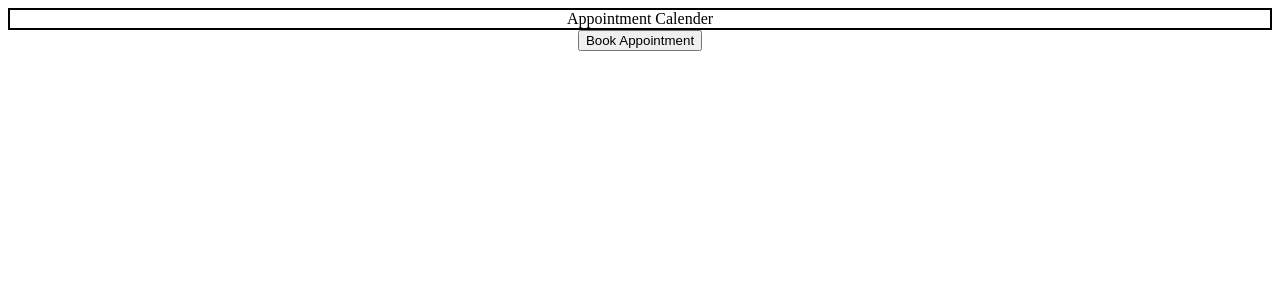
Repository: KennethEskandari/Appointment-Calender-
Page: / (app in Appointment-Calender/)
The author's editor kept a copy of each file at every save. The page is drawn from the files as they stood at one save, then again after the next save.
The browser window is 1280 px wide. The pictures show the whole page.
The project was rebuilt for these pictures with package versions that can differ from the ones it lists, and the page was loaded fresh each time. Also part of the build but not shown: Appointment-Calender/vite.config.js.

Above is the page before, as saved 2025-04-15 19:35:31.

### Appointment-Calender/src/App.jsx
import { useState } from 'react'
import Calendar from 'react-calendar'

function App() {
  const [date, setDate] = useState(new Date())

  return (
    <div>
      <header className="h-16 border-2 text-center text-2xl bg-purple-400">Appointment Calender</header>
      <button className="text-2xl mx-auto block">Book Appointment</button>
    </div>

  )
}

export default App

Loaded but not shown: Appointment-Calender/index.html (common file); Appointment-Calender/src/main.jsx (common file); Appointment-Calender/src/index.css (common file)

After the next save:
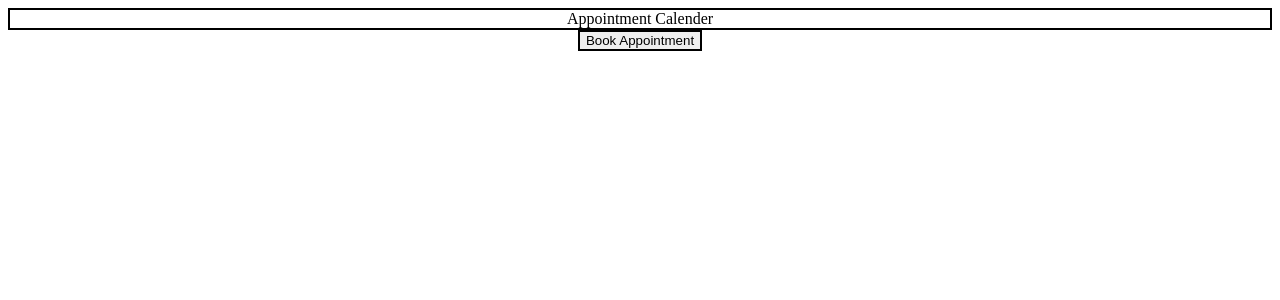
Saved 18 s later.
--- a/Appointment-Calender/src/App.jsx
+++ b/Appointment-Calender/src/App.jsx
@@ -7,7 +7,7 @@ function App() {
   return (
     <div>
       <header className="h-16 border-2 text-center text-2xl bg-purple-400">Appointment Calender</header>
-      <button className="text-2xl mx-auto block">Book Appointment</button>
+      <button className="text-2xl mx-auto block border-2 ">Book Appointment</button>
     </div>
 
   )
